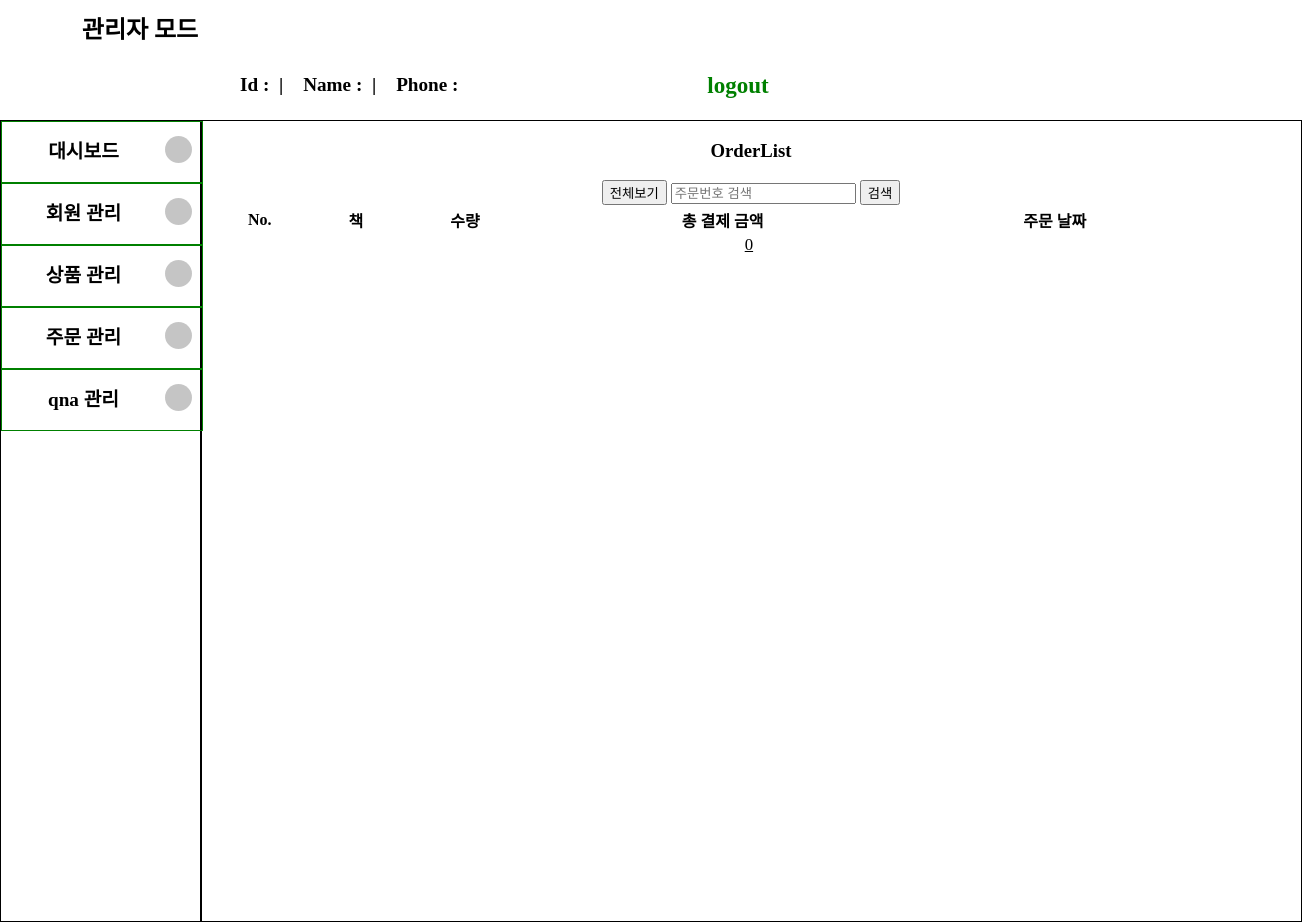
Repository: GreenShrew/SmallProject
Page: http://localhost/BookStore/admin/order/orderList.jsp
An editor plug-in stored every save of this project. The page is shown before and after the next save, followed by the edit.
The browser window is 1280 px wide. The page is 1302 px wide, so the pictures cover 1302 px, including what lies to the right of the window. The pictures show the whole page.
Pictures or frames that could not be fetched are drawn as grey boxes. The page is served by Tomcat 9. The template is opened directly, without the code that normally fills it, so the values that code supplies are empty.

Above is the page before, as saved 2022-02-22 04:40:41.

After the next save:
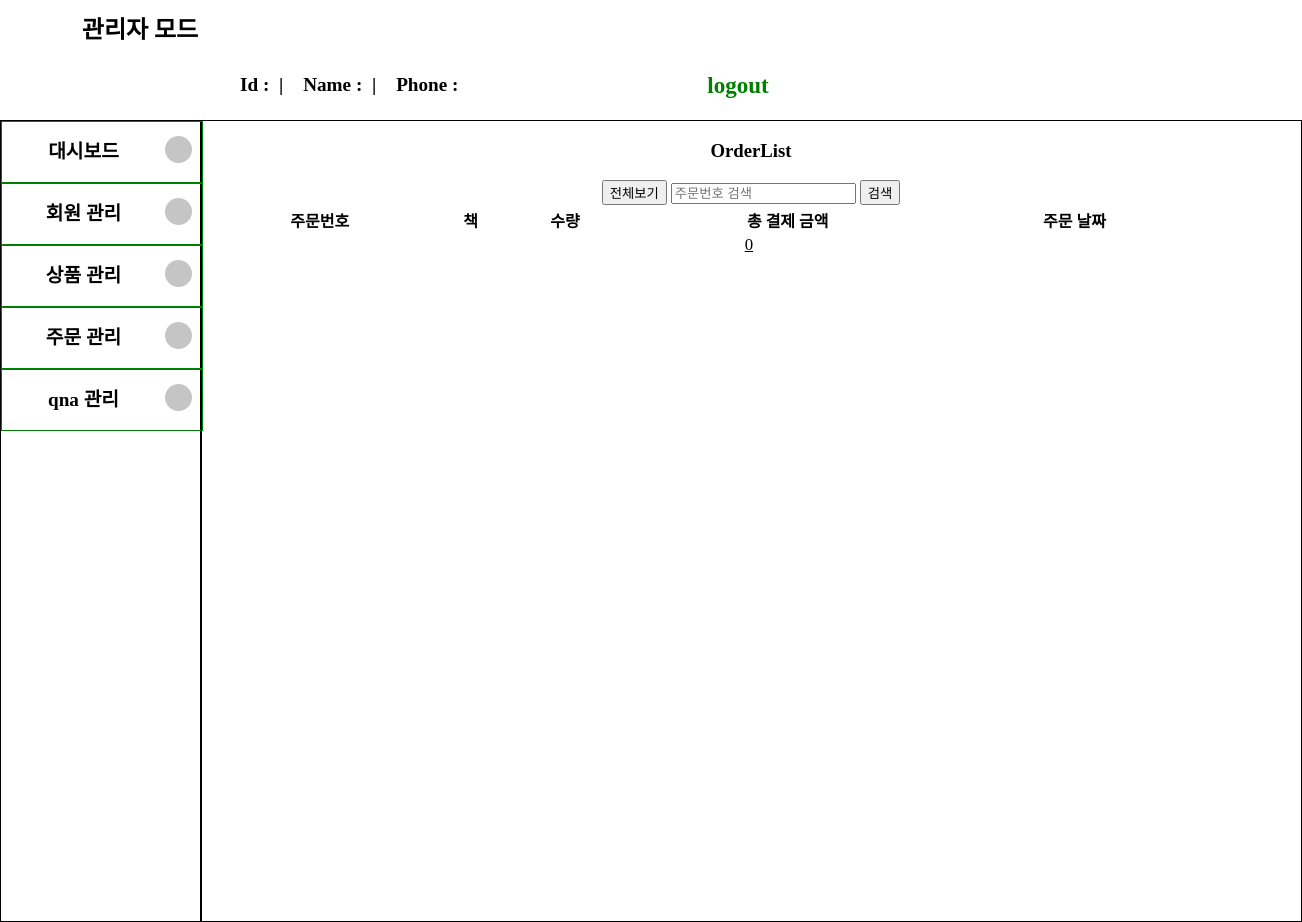
Saved 82 s later.
--- a/BookStore/src/main/webapp/admin/order/orderList.jsp
+++ b/BookStore/src/main/webapp/admin/order/orderList.jsp
@@ -12,7 +12,7 @@
 
 	<table id="productList" style="width:1000px;">
 		<tr>
-			<th>No.</th>
+			<th>주문번호</th>
 			<th>책</th>
 			<th>수량</th>
 			<th>총 결제 금액</th>
@@ -25,6 +25,7 @@
 				<td>${ovo.quantity }</td>
 				<td><fmt:formatNumber value="${ovo.price*ovo.quantity}" type="currency"/></td>
 				<td><fmt:formatDate value="${ovo.indate }" type="date"/></td>
+
 				<td><input type="button" value="수정하기" onClick="go_update_product(${pvo.bseq})"></td>
 				<td><input type="button" value="삭제하기" onClick="go_delete_product(${pvo.bseq})"></td>
 			</tr>
